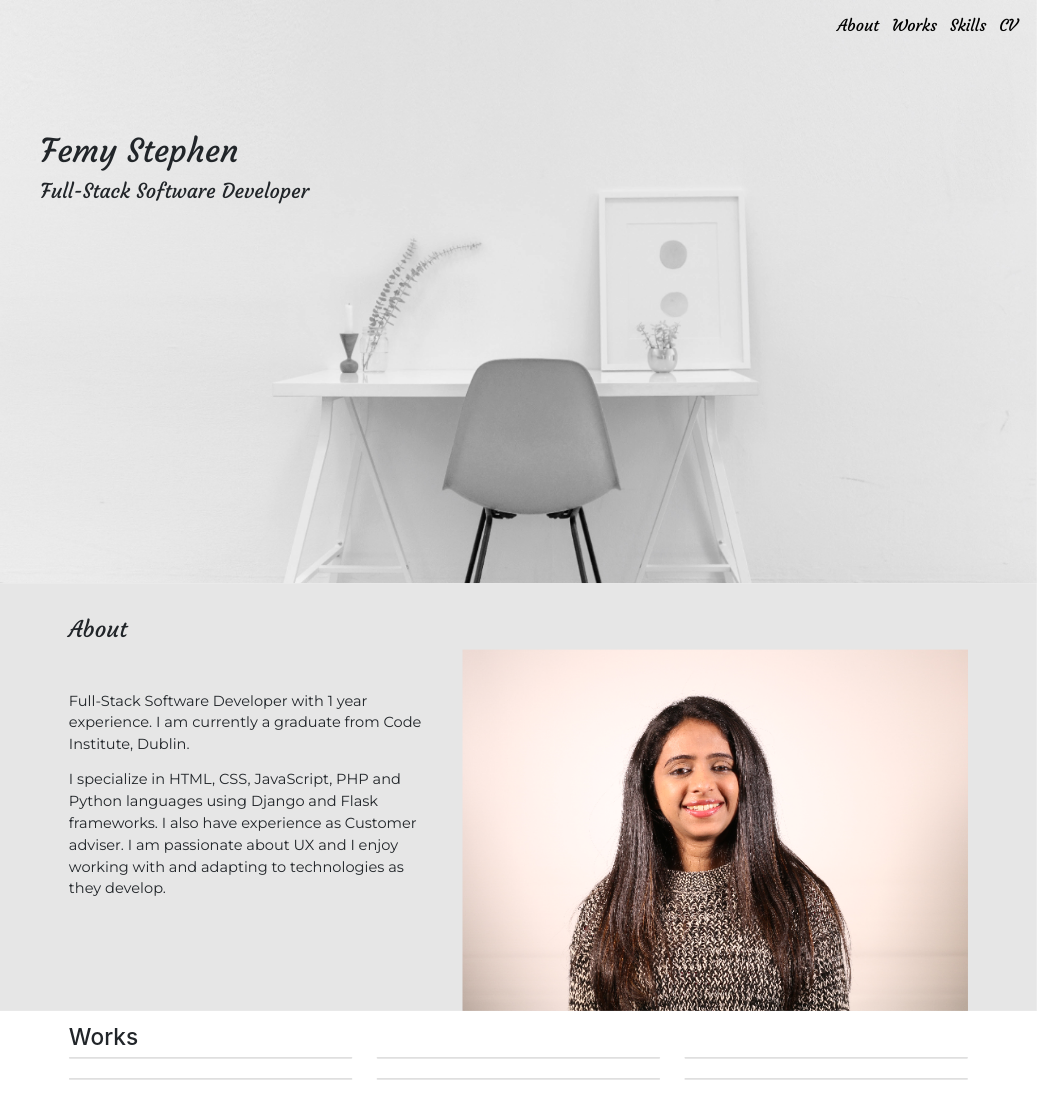
Repository: femy16/FemyStephen
Page: index.html
The author's editor kept a record of every edit. The page is drawn from the files as they stood at one moment, then again after the next edit.
The browser window is 1280 px wide. The pictures show the whole page, at 81% of full size.
Backgrounds fixed to the window are drawn as part of the page. Some web libraries are served in a nearby version.

Above is the page before.
Not found: hover.css

### index.html
<!DOCTYPE html>
<html lang="en">

<head>
    <meta charset="UTF-8">
    <meta name="viewport" content="width=device-width, initial-scale=1.0">
    <meta http-equiv="X-UA-Compatible" content="ie=edge">
    <link href="https://fonts.googleapis.com/css?family=Courgette|Kaushan+Script|Montserrat:300i&display=swap" rel="stylesheet">
    <link rel="stylesheet" href="https://use.fontawesome.com/releases/v5.3.1/css/all.css" integrity="sha384-mzrmE5qonljUremFsqc01SB46JvROS7bZs3IO2EmfFsd15uHvIt+Y8vEf7N7fWAU" crossorigin="anonymous">
    <link rel="stylesheet" href="hover.css" type="text/css" />
    <link rel="stylesheet" href="https://maxcdn.bootstrapcdn.com/bootstrap/4.0.0/css/bootstrap.min.css" integrity="sha384-Gn5384xqQ1aoWXA+058RXPxPg6fy4IWvTNh0E263XmFcJlSAwiGgFAW/dAiS6JXm" crossorigin="anonymous">
    <link rel="stylesheet" href="style.css" type="text/css" />
    <link href="https://fonts.googleapis.com/css?family=Montserrat" rel="stylesheet">
    <title>Femy Stephen</title>
</head>

<body>
    <header id="landing-view">


        <nav class="navbar navbar-expand-md navbar-masthead navbar-default navbar-fixed-top">
            <div class="container topmenu">


                <button class="navbar-toggler" type="button" data-toggle="collapse" data-target="#collapsibleNavbar">
    <span class="fa fa-bars" ></span>
  </button>
            </div>
            <div class="collapse navbar-collapse" id="collapsibleNavbar">
                <ul class="navbar-nav">
                    <li class="nav-item">
                        <a class="nav-link" href="#about">About</a>
                    </li>
                    <li class="nav-item">
                        <a class="nav-link" href="#works">Works</a>
                    </li>
                    <li class="nav-item">
                        <a class="nav-link" href="products.html">Skills</a>
                    </li>
                    <li class="nav-item">
                        <a class="nav-link" href="contac_us.html">CV</a>
                    </li>
                </ul>
            </div>
        </nav>
        <div class="headercontainer">
            <h1 class="name">Femy Stephen</h1>
            <p class="title">Full-Stack Software Developer</p>

        </div>

    </header>
    <!--<div class="spacer"></div>-->
    <main>
        <div id="about">
            <div class="container">
                <h3 class="abouthead">About</h3>
                <div class="row">
                    <p>
                        <div class="col discri">
                            <p>Full-Stack Software Developer with 1 year experience. I am currently a graduate from Code Institute, Dublin.</p>
                            <p>I specialize in HTML, CSS, JavaScript, PHP and Python languages using Django and Flask frameworks. I also have experience as Customer adviser. I am passionate about UX and I enjoy working with and adapting to technologies as
                                they develop.</p>
                        </div>
                        <div class="col"><img src="images/fmimg.JPG"></div>
                </div>
                </p>
            </div>
        </div>


        <div id="works">
            <div class="container">
                <h3 class="workshead">Works</h3>
                <div class="row">
                    <p>
                        <div class="col workbox">
                            <div class="card">
                                </div><br />
                                <div class="card">
                                </div><br />

                        </div>
                        <div class="col">
                             <div class="card">
                                </div><br />
                            <div class="card">
                                </div><br />
                        </div>
                        <div class="col">


                                <div class="card">
                                </div><br />
                                <div class="card">
                                </div><br />
                        </div>
                </div>
                </p>
            </div>
        </div>

    </main>

    <footer>

    </footer>



    <script src="https://code.jquery.com/jquery-3.2.1.slim.min.js" integrity="sha384-KJ3o2DKtIkvYIK3UENzmM7KCkRr/rE9/Qpg6aAZGJwFDMVNA/GpGFF93hXpG5KkN" crossorigin="anonymous"></script>
    <script src="https://cdnjs.cloudflare.com/ajax/libs/popper.js/1.12.9/umd/popper.min.js" integrity="sha384-ApNbgh9B+Y1QKtv3Rn7W3mgPxhU9K/ScQsAP7hUibX39j7fakFPskvXusvfa0b4Q" crossorigin="anonymous"></script>
    <script src="https://maxcdn.bootstrapcdn.com/bootstrap/4.0.0/js/bootstrap.min.js" integrity="sha384-JZR6Spejh4U02d8jOt6vLEHfe/JQGiRRSQQxSfFWpi1MquVdAyjUar5+76PVCmYl" crossorigin="anonymous"></script>
</body>

</html>

### style.css
.navbar {
    background-color: transparent;
    text-align:right;

}

.navbar-fixed-top .container {

    text-align: right;
    margin-right: 1%;
    margin-top: 1%;

}
#landing-view {
    background-attachment: fixed;
    background-image: url('images/landing.jpg');
    background-position: bottom;
    background-size: cover;
    height: 100vh;
    width: 100vw;
    margin-bottom: 0px;
    z-index: 1;
}

body{

    /*background-color: #fdfdfd;*/
    width: 100%;
}


/*.spacer {*/
/*    width: 100%;*/
/*    height: 170px;*/
/*}*/


.nav-link {
    font-family: 'Courgette', cursive;
    font-size: 20px;
    color: black;
    padding-left: 40px;
    padding-right: 40px;
}

/*.nav-item {*/
/*    display: inline-block;*/
/*    padding: 10px;*/
/*    padding-left: 40px;*/
/*    padding-right: 40px;*/
/*}*/
.headercontainer{
    margin-top:100px;
   padding-left: 50px;
   font-family: 'Courgette', cursive;

}
.title{
    font-size:25px;

}
.name{
    font-size:40px;
}
#about{
    background-color: #e6e6e6;
}
.abouthead{
    padding-top:40px;
    font-family: 'Courgette', cursive;
}
.discri{
    margin-top:50px;
    font-family: 'Montserrat', sans-serif;
    font-size: 18px;
}

After the next edit:
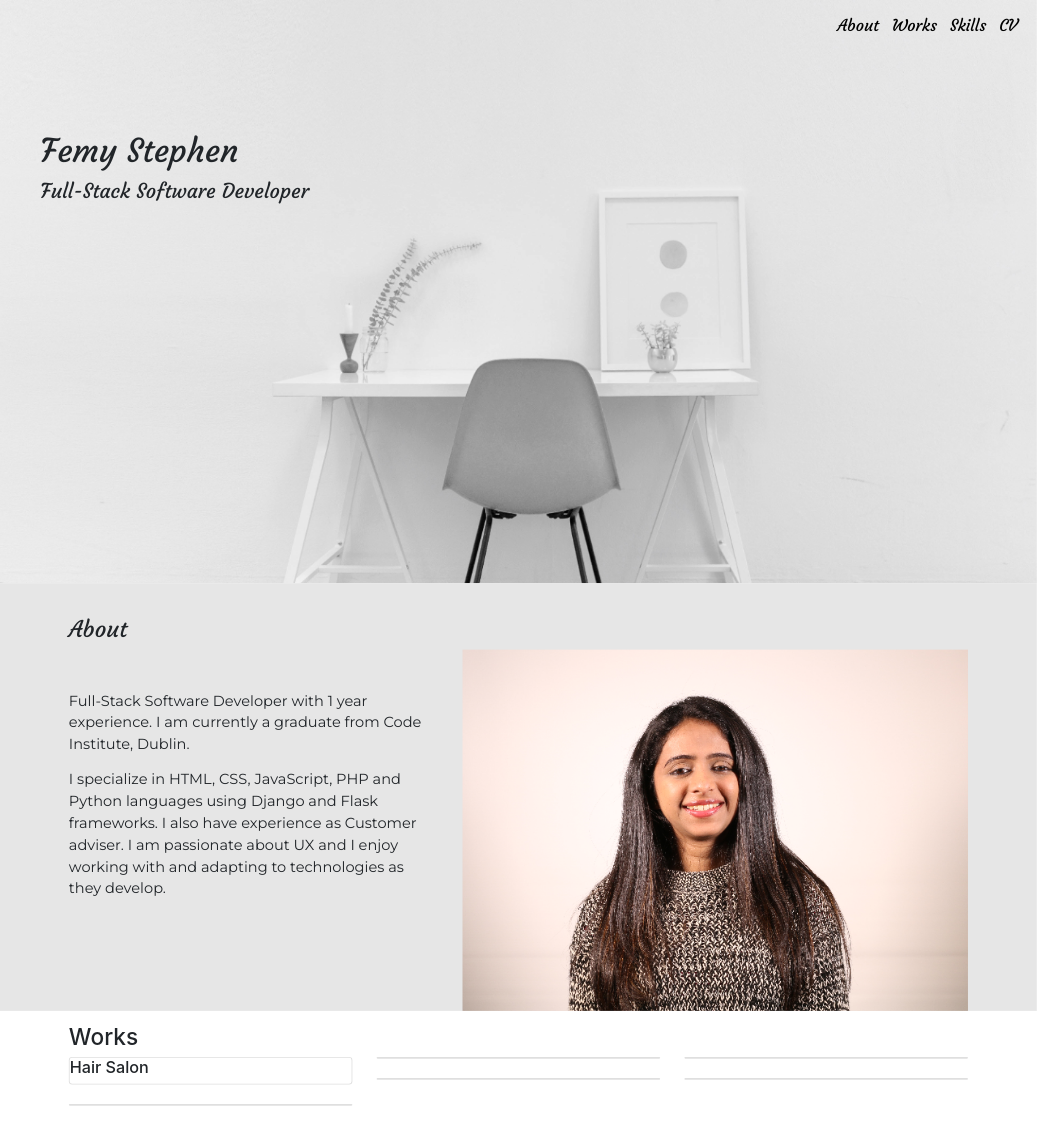
The edit:
--- a/index.html
+++ b/index.html
@@ -76,6 +76,7 @@
                     <p>
                         <div class="col workbox">
                             <div class="card">
+                                <h5>Hair Salon</h5>
                                 </div><br />
                                 <div class="card">
                                 </div><br />
